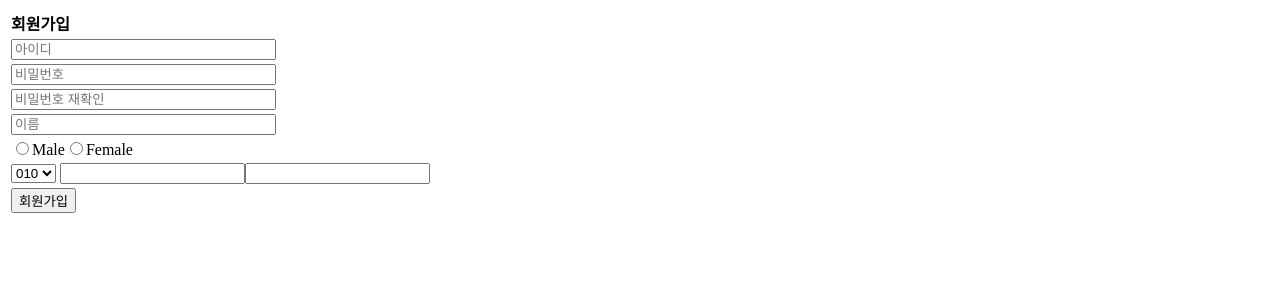
Repository: fellownew/web_workspace
Page: http://localhost/BankSystem/login/register_form.jsp
An editor plug-in stored every save of this project. The page is shown before and after the next save, followed by the edit.
The browser window is 1280 px wide. The pictures show the whole page.
The page is served by Tomcat 9. Nobody is signed in. The application's start-up code is not run.

Above is the page before, as saved 2015-03-26 10:29:41.

After the next save:
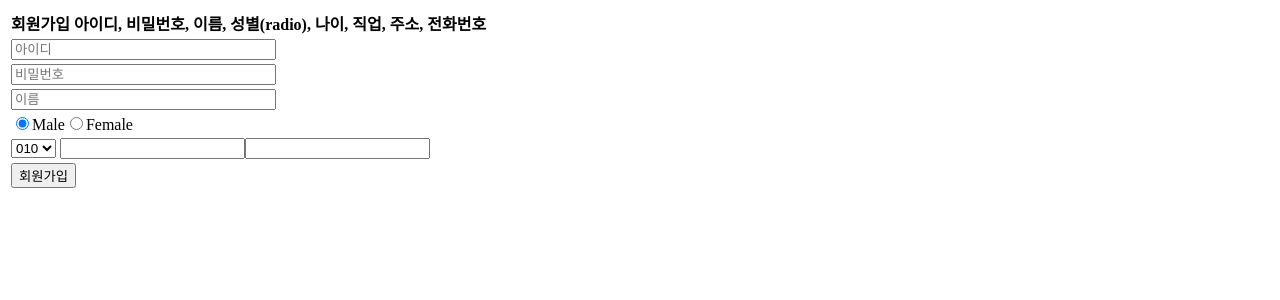
Saved 86 s later.
--- a/BankSystem/WebContent/login/register_form.jsp
+++ b/BankSystem/WebContent/login/register_form.jsp
@@ -9,7 +9,7 @@
 <table>
 <form action="/BankSystem/register">
 	<tr>
-		<td><b>회원가입</b></td>
+		<td><b>회원가입 아이디, 비밀번호, 이름, 성별(radio), 나이, 직업, 주소, 전화번호</b></td>
 	</tr>
 	<tr>
 		<td><input type="text" name="id" size="30" placeholder="아이디" required="required"></td>
@@ -18,13 +18,10 @@
 		<td><input type="password" name="password" size="30" placeholder="비밀번호" required="required"></td>
 	</tr>
 	<tr>
-		<td><input type="password" name="repassword" size="30" placeholder="비밀번호 재확인" required="required"></td>
-	</tr>
-	<tr>
 		<td><input type="text" name="name" size="30" placeholder="이름" required="required"></td>
 	</tr>
 	<tr>
-		<td><label><input type="radio" name="sex">Male</label><label><input type="radio" name="sex">Female</label></td>
+		<td><label><input type="radio" name="sex" checked="checked">Male</label><label><input type="radio" name="sex">Female</label></td>
 	</tr>
 	<tr>
 		<td><select name="phone1">
